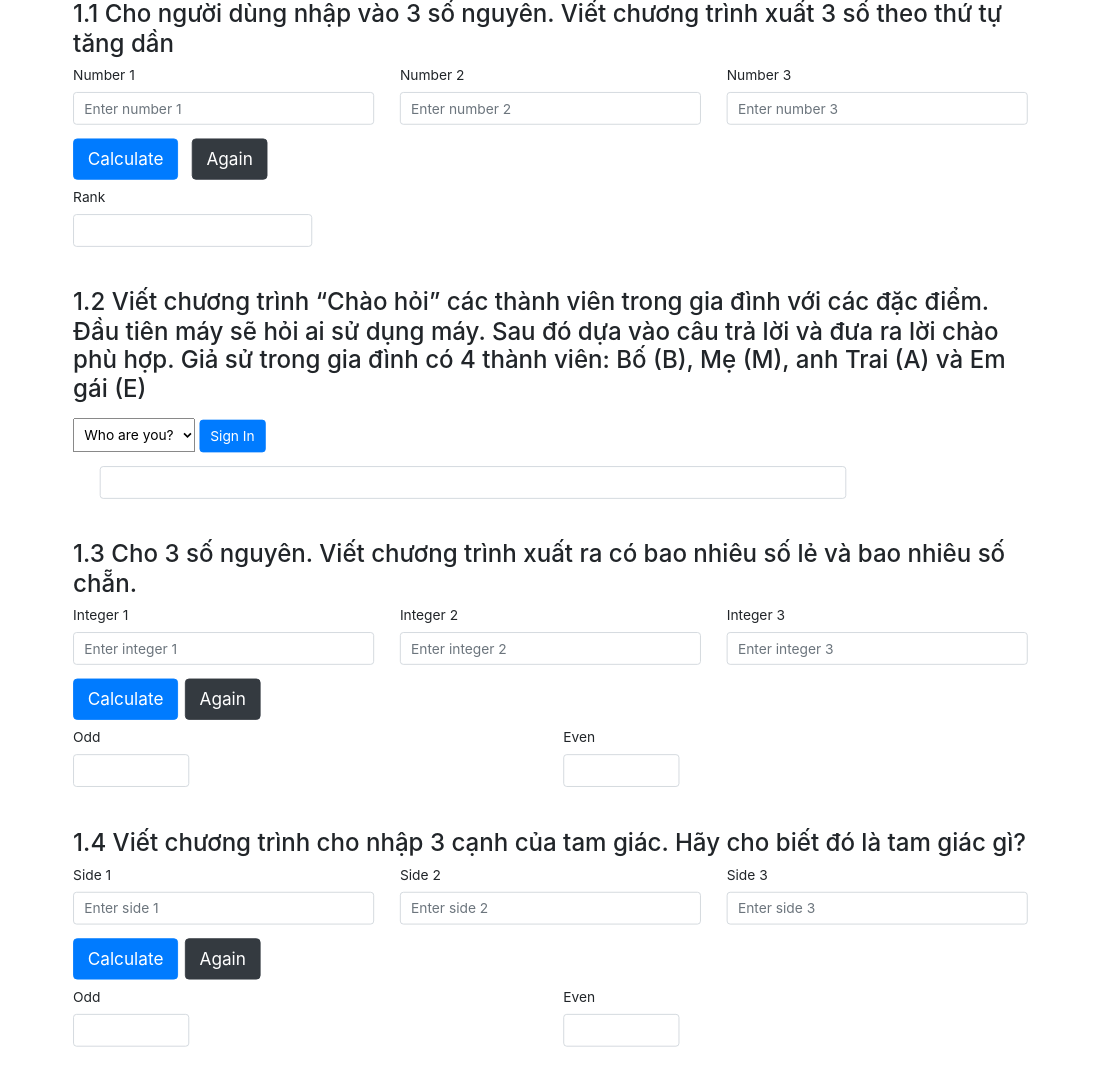
Repository: baobaodeveloper/bootscamp21__jsbasic__HuynhAnhBao
Page: index.html
These files come from the project's save history. The page is drawn as it stood at one moment and after the next save; the edit follows.
The browser window is 1280 px wide. The pictures show the whole page, at 86% of full size.

Above is the page before, as saved 2022-03-10 19:25:12.

After the next save:
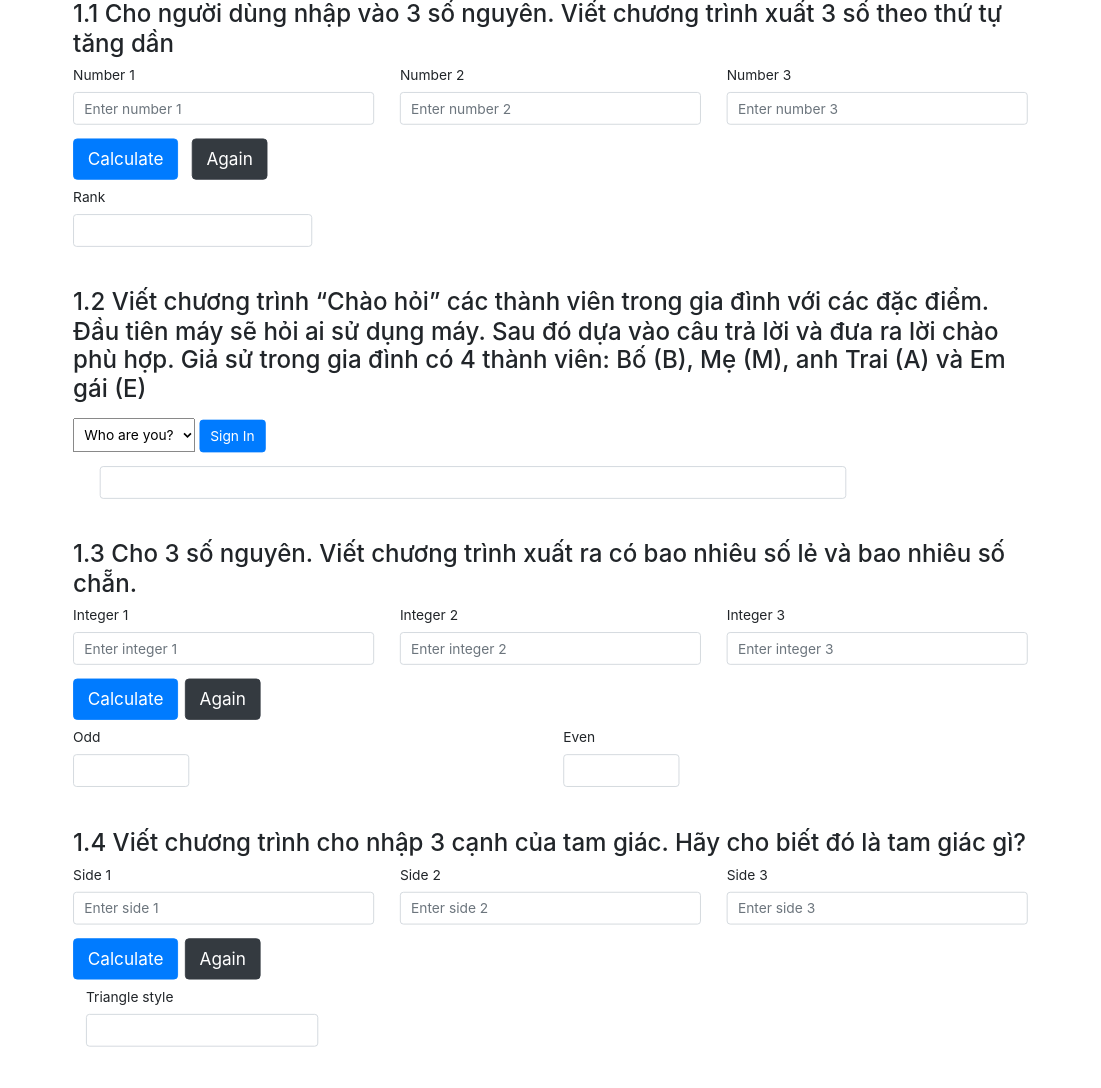
Saved 87 s later.
--- a/index.html
+++ b/index.html
@@ -206,7 +206,7 @@
       <div class="d-flex">
         <button
           type="button"
-          class="btn btn-primary btn-lg mt-3 mb-2 btn-integer mr-2"
+          class="btn btn-primary btn-lg mt-3 mb-2 btn- mr-2"
         >
           Calculate
         </button>
@@ -219,15 +219,9 @@
         </button>
       </div>
 
-      <div class="row">
-        <div class="mt-3 m-auto col">
-          <label class="form-label">Odd</label>
-          <input type="text" class="form-control w-25 outputOdd" />
-        </div>
-        <div class="mt-3 m-auto col">
-          <label class="form-label">Even</label>
-          <input type="text" class="form-control w-25 outputEven" />
-        </div>
+      <div class="mt-3 m-auto col">
+        <label class="form-label">Triangle style</label>
+        <input type="text" class="form-control w-25 outputOdd" />
       </div>
     </div>
 
